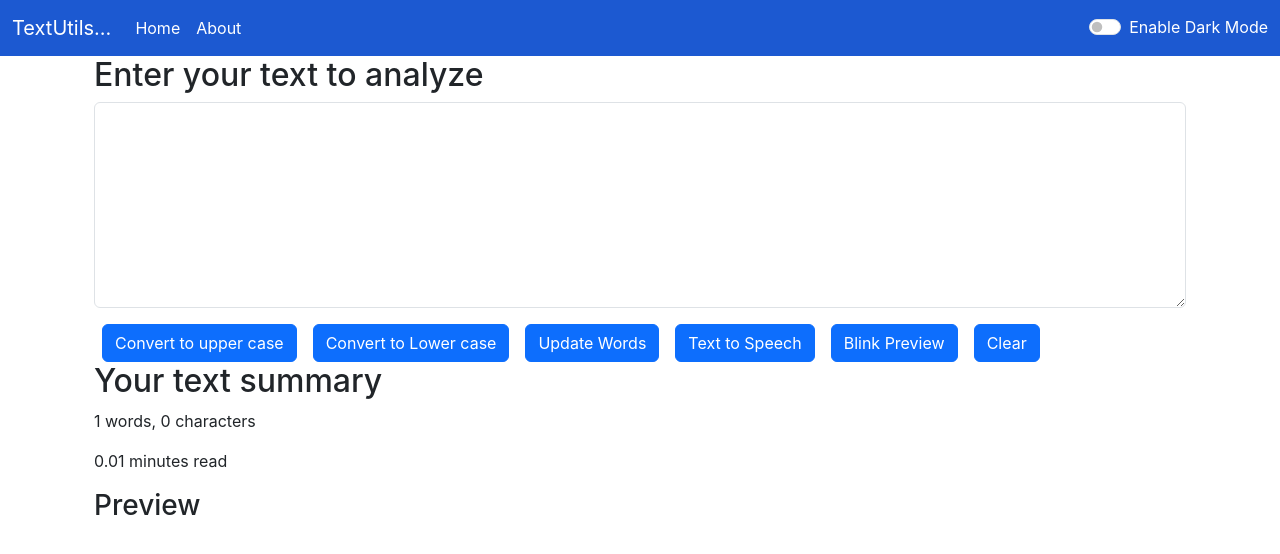
Repository: SujanNagaju/react-demo
Page: /
The author's editor kept a copy of each file at every save. The page is drawn from the files as they stood at one save, then again after the next save.
The browser window is 1280 px wide. The pictures show the whole page.
The project was rebuilt for these pictures with package versions that can differ from the ones it lists, and the page was loaded fresh each time.

Above is the page before, as saved 2024-12-29 16:40:29.

After the next save:
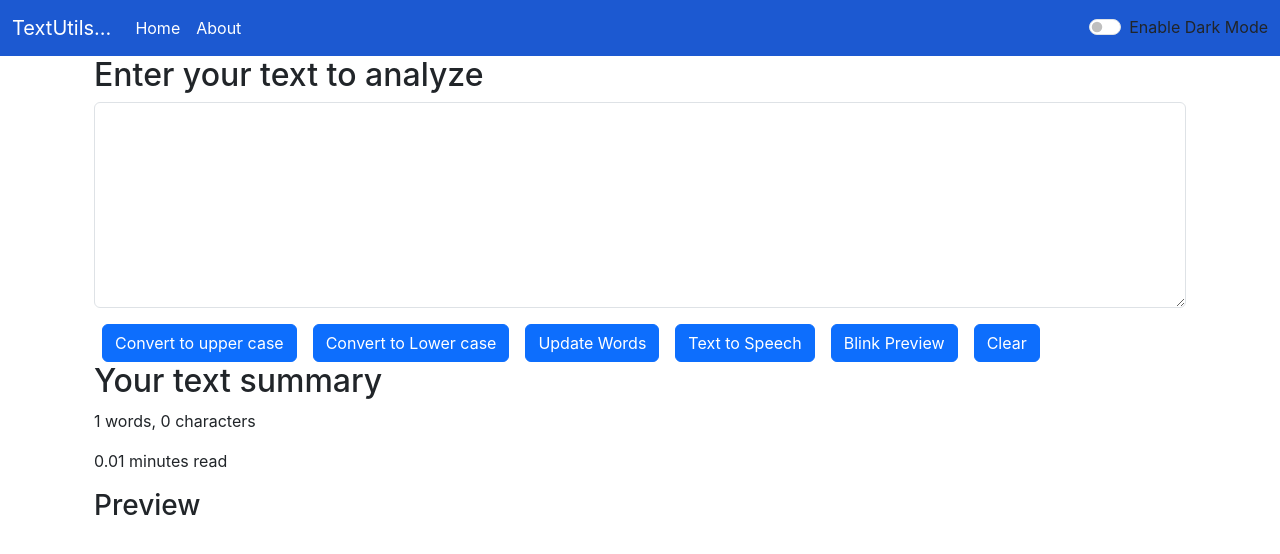
Saved 41 s later.
--- a/src/components/Navbar.js
+++ b/src/components/Navbar.js
@@ -25,7 +25,7 @@
                 <input className="form-control me-2" type="search" placeholder="Search" aria-label="Search"/>
                 <button className="btn btn-outline-success" type="submit">Search</button>
             </form> */}
-            <div className={`form-check form-switch text-${props.momde}`}>
+            <div className={`form-check form-switch text-${props.mode}`}>
                 <input className="form-check-input" onClick={props.toggleMode} type="checkbox" role="switch" id="flexSwitchCheckDefault"/>
                 <label className="form-check-label" htmlFor="flexSwitchCheckDefault">Enable Dark Mode</label>
             </div>

After the 2 saves that followed:
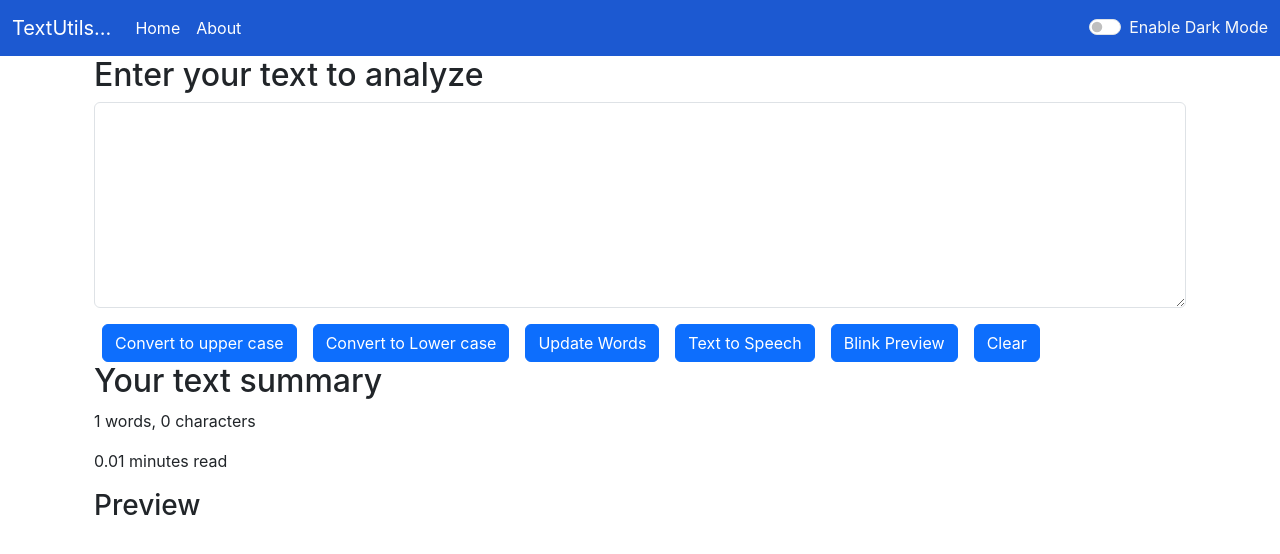
The 2 saves are shown as one change because 1 did not build or start.
The last was saved 54 s later.
--- a/src/components/Navbar.js
+++ b/src/components/Navbar.js
@@ -25,7 +25,7 @@
                 <input className="form-control me-2" type="search" placeholder="Search" aria-label="Search"/>
                 <button className="btn btn-outline-success" type="submit">Search</button>
             </form> */}
-            <div className={`form-check form-switch text-${props.mode}`}>
+            <div className={`form-check form-switch text-${props.mode == 'dark'? 'light': 'dark'}`}>
                 <input className="form-check-input" onClick={props.toggleMode} type="checkbox" role="switch" id="flexSwitchCheckDefault"/>
                 <label className="form-check-label" htmlFor="flexSwitchCheckDefault">Enable Dark Mode</label>
             </div>
